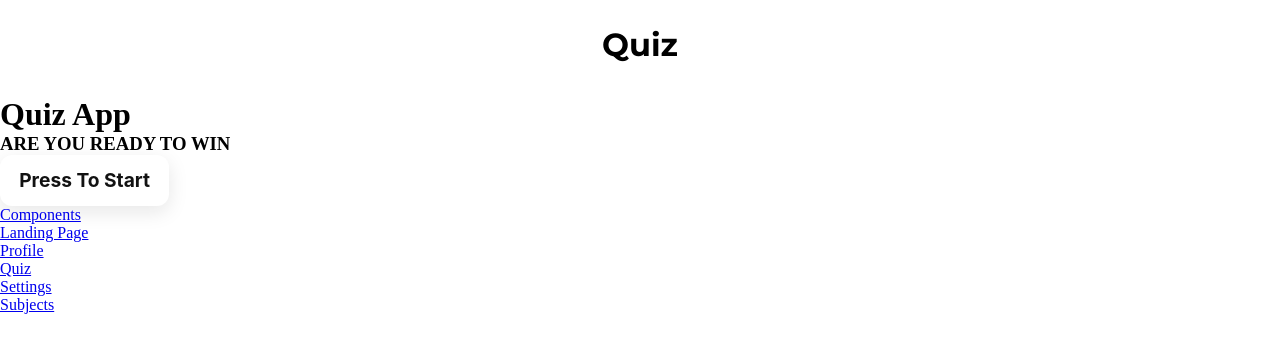
Repository: 1medi/pocketprof
Page: /QuizPage
These files come from the project's save history. The page is drawn as it stood at one moment and after the next save; the edit follows.
The browser window is 1280 px wide. The pictures show the whole page.
The project was rebuilt for these pictures with package versions that can differ from the ones it lists, and the page was loaded fresh each time. The framework's server and built-in components were replaced by stand-ins that run in the browser. Also part of the build but not shown: next.config.mjs, Components/Buttons/Oscar/Oscar.module.css, Components/Buttons/Oscar/index.js.

Above is the page before, as saved 2024-04-13 19:56:27.

After the next save:
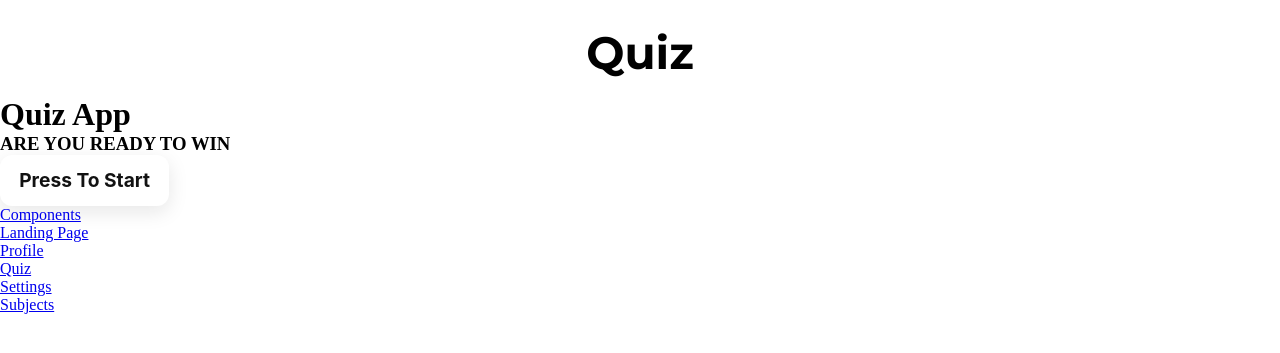
Saved 46 s later.
--- a/Components/Header/Header.module.css
+++ b/Components/Header/Header.module.css
@@ -11,4 +11,5 @@
   color: black;
   padding-top: 25px;
   font-family: "Montserrat", "sans-serif";
+  font-size: 34pt;
 }
